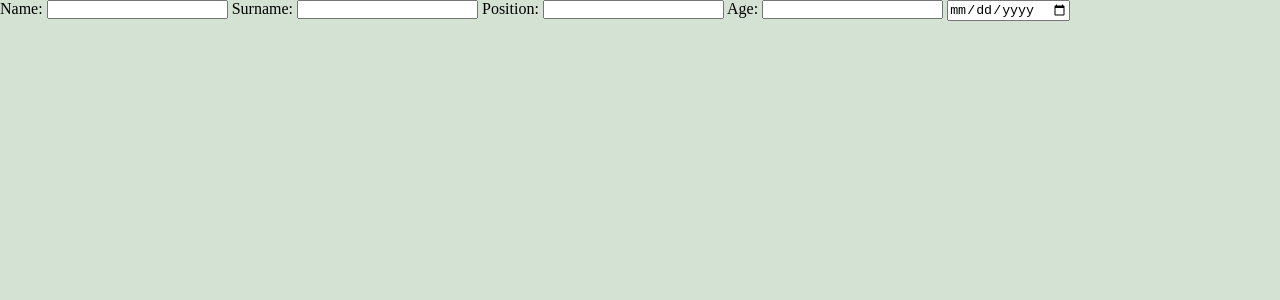
Repository: AytacSafarova/Form-lesson
Page: index.html
These files come from the project's save history. The page is drawn as it stood at one moment and after a run of saves; the edit follows.
The browser window is 1280 px wide. The pictures show the whole page.

Above is the page before, as saved 2023-08-29 14:33:53.

### index.html
<!DOCTYPE html>
<html lang="en">
<head>
    <meta charset="UTF-8">
    <meta name="viewport" content="width=device-width, initial-scale=1.0">
    <title>Document</title>
    <link rel="stylesheet" href="./index.css">
</head>
<body>
    <div>
        <form action="https://randomuser.me/api/">
            <label for="">
                Name:
                <input type="text">
            </label>
            <label for="">
                Surname:
                <input type="text">
            </label>
            <label for="">
                Position:
                <input type="text">
            </label>
            <label for="">
                Age:
                <input type="number">
            </label>
            <label for="">
                <input type="date">
            </label>
        </form>
    </div>
</body>
</html>

### index.css
*{
    margin: 0;
    padding: 0;
    box-sizing: border-box;
}
div{
    background-color: #D4E2D4;
   min-height: 100vh;
   width: 100%;
}

After the next 3 saves:
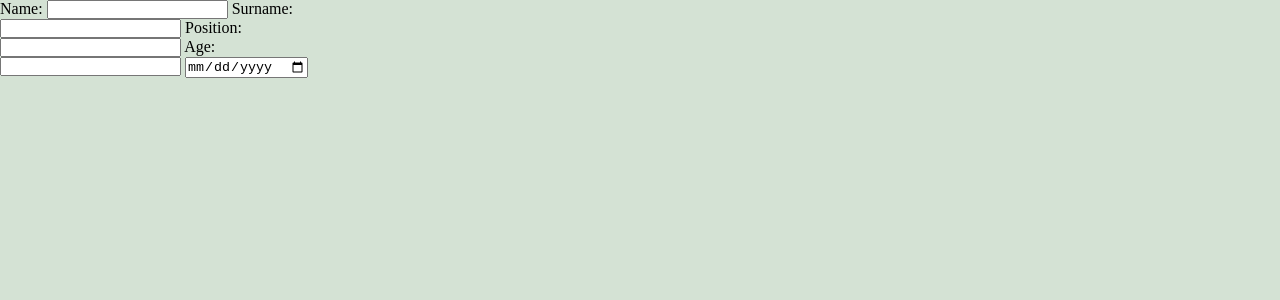
The 3 saves are shown as one change because they came seconds apart.
The last was saved 12 s later.
--- a/index.css
+++ b/index.css
@@ -8,3 +8,6 @@ div{
    min-height: 100vh;
    width: 100%;
 }
+form{
+    width: 30%;
+}
